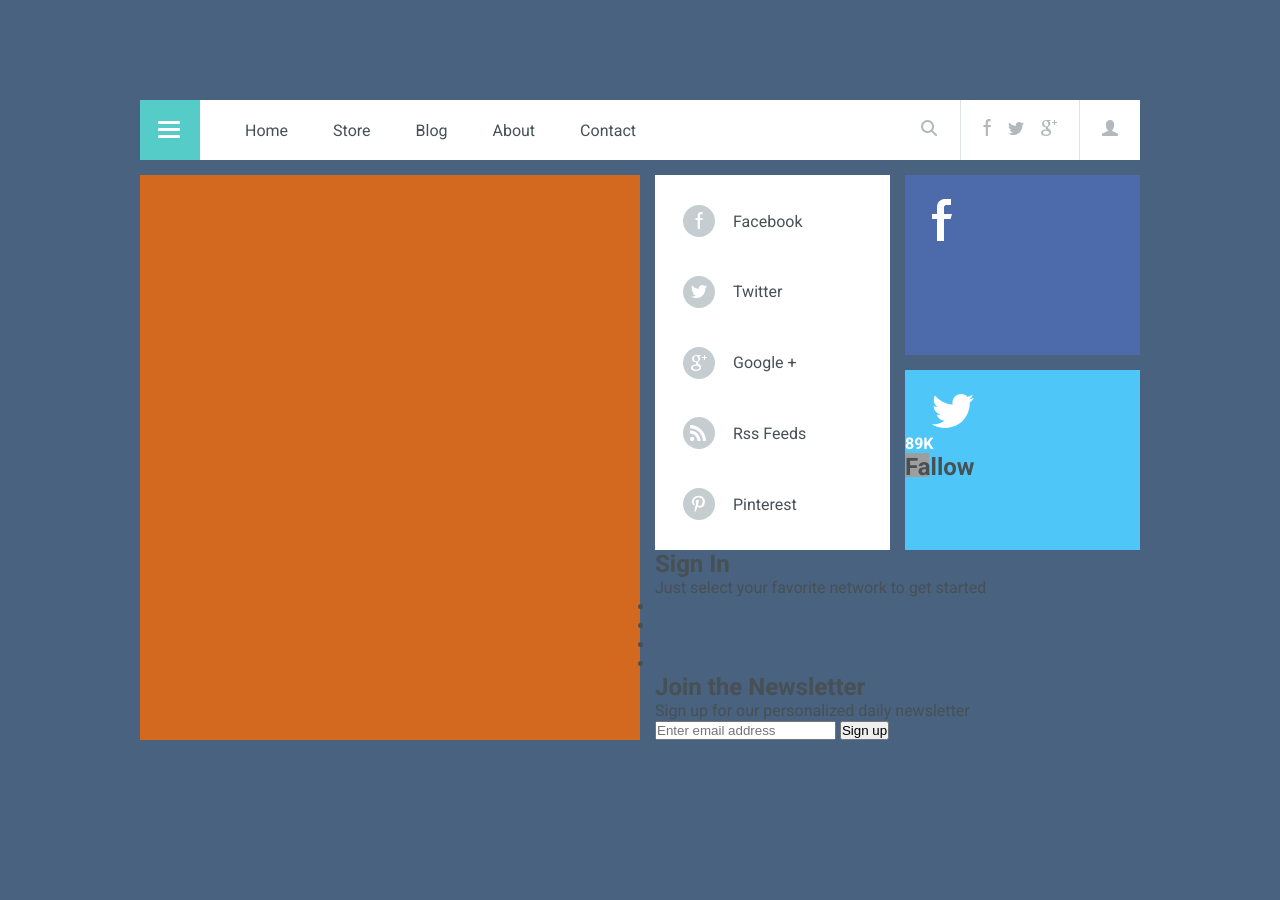
Repository: pawelczubak/WeeklyWebDevChallenge
Page: Challenge_4/index.html
An editor plug-in stored every save of this project. The page is shown before and after the next save, followed by the edit.
The browser window is 1280 px wide. The pictures show the whole page.
Pictures or frames that could not be fetched are drawn as grey boxes. Some web libraries are served in a nearby version.

Above is the page before, as saved 2020-04-28 10:16:42.

After the next save:
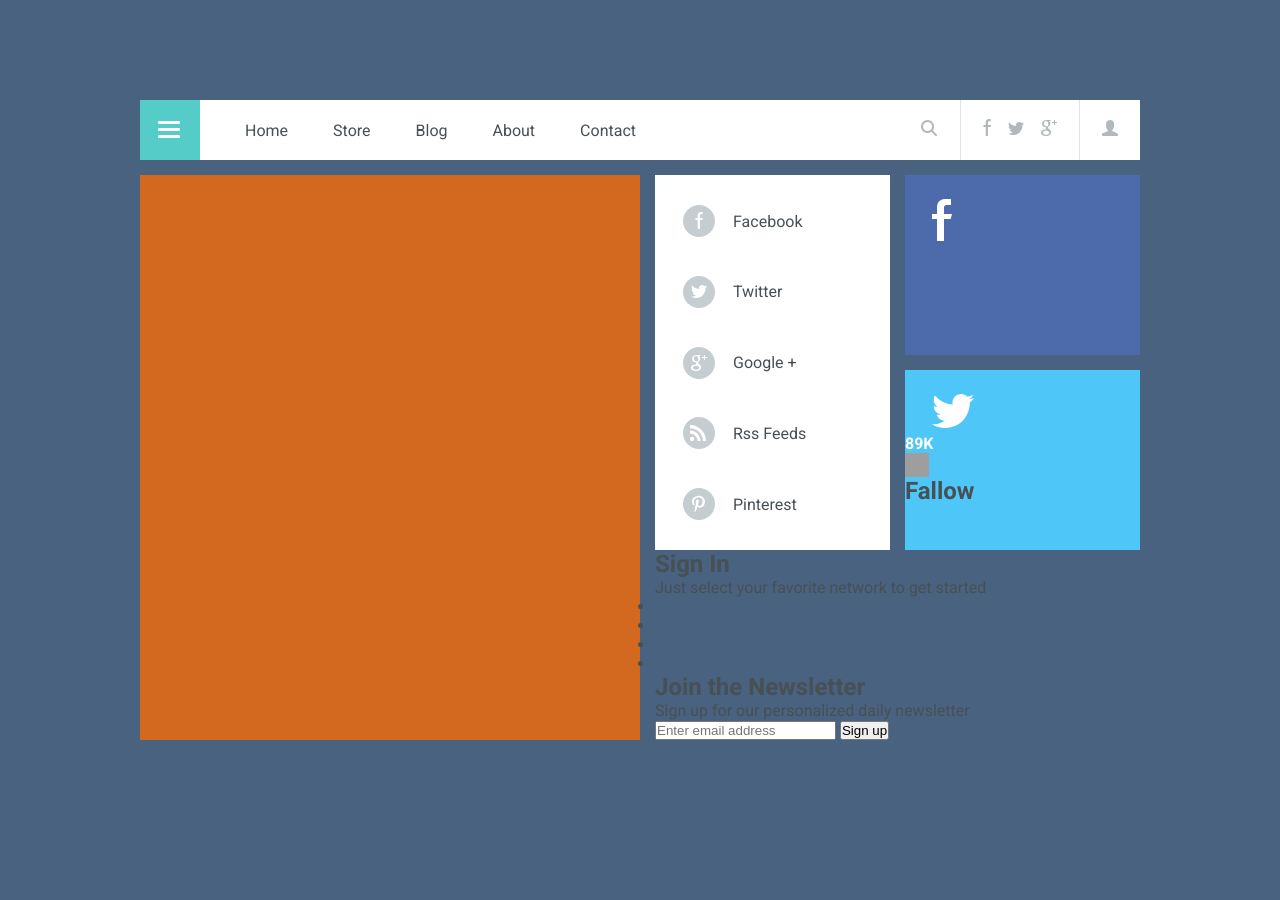
Saved 2 min 13 s later.
--- a/Challenge_4/css/main.css
+++ b/Challenge_4/css/main.css
@@ -240,17 +240,13 @@ body {
 }
 
 .test__button--active {
-    position: relative;
-}
-
-.test__button--activee::after {
-    position: absolute;
-    content: '';
     width: 24px;
     height: 24px;
 
     background-image: url('../img/fallowing-img.png');
 }
+
+
 
 
 
